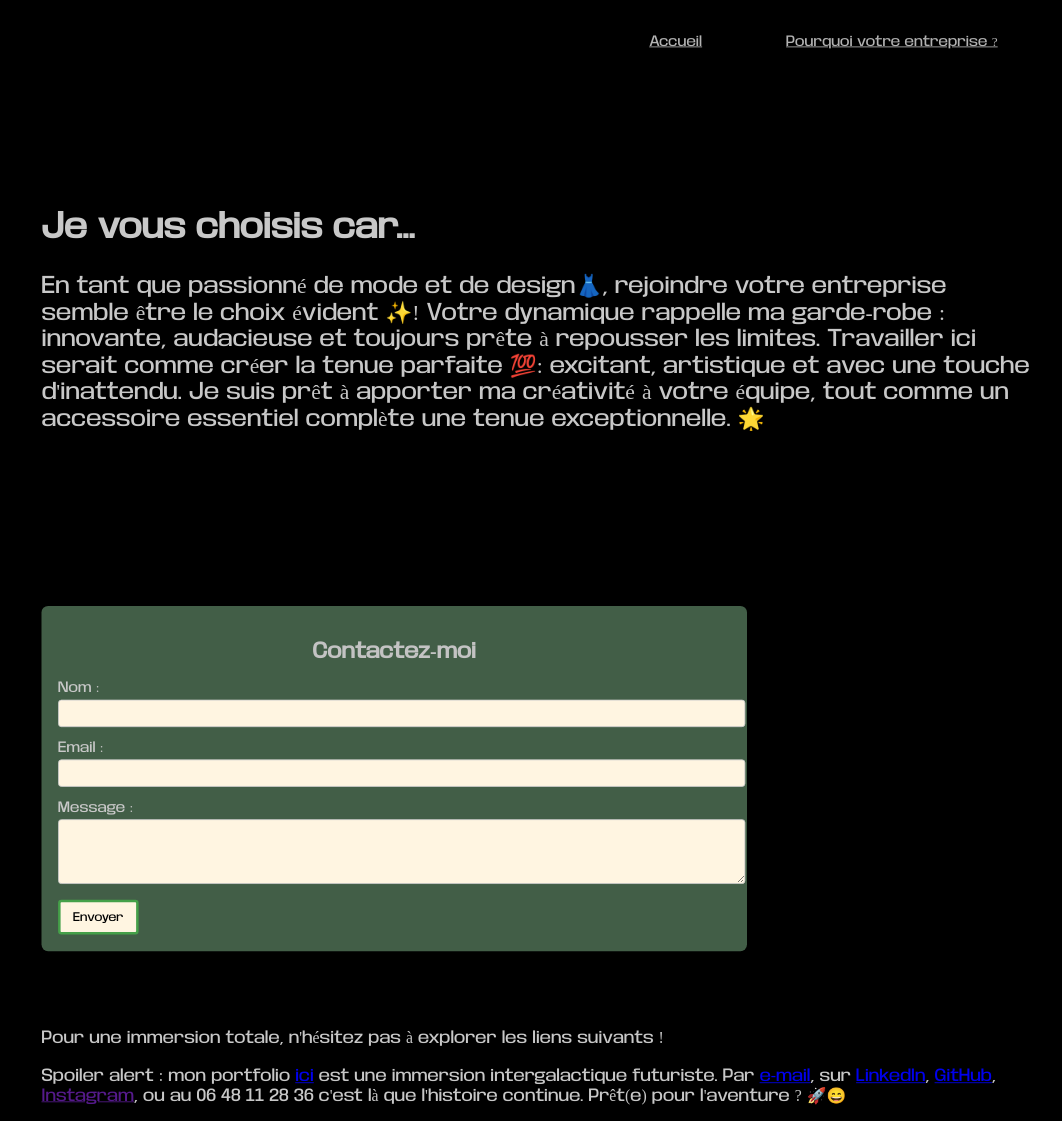
Repository: inessben/application
Page: about/about.html
The author's editor kept a copy of each file at every save. The page is drawn from the files as they stood at one save, then again after the next save.
The browser window is 1280 px wide. The pictures show the whole page, at 83% of full size.

Above is the page before, as saved 2023-12-04 02:35:20.

After the next save:
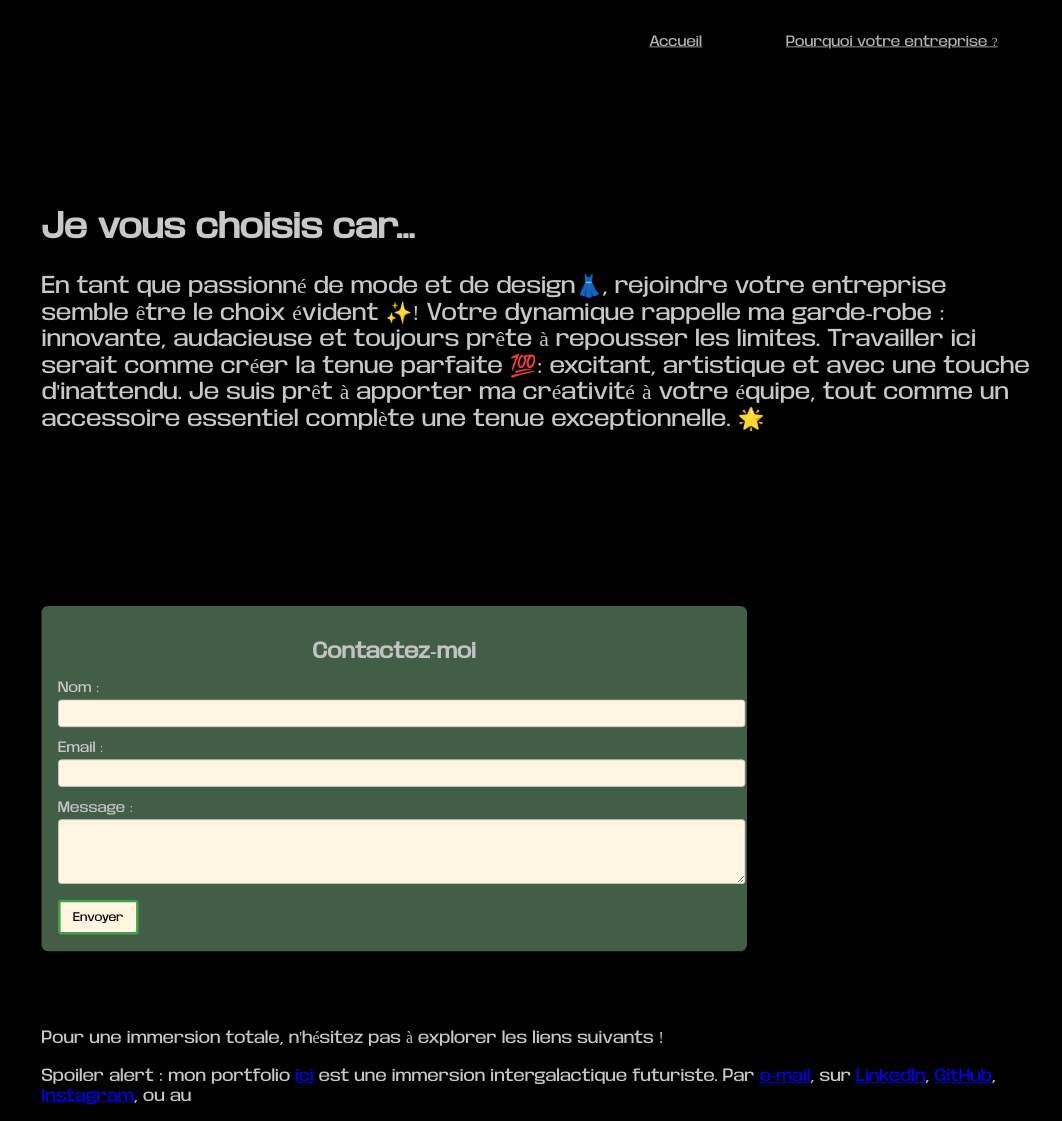
Saved 40 s later.
--- a/about/about.html
+++ b/about/about.html
@@ -58,7 +58,7 @@
 
     <footer>
         <p>Pour une immersion totale, n'hésitez pas à explorer les liens suivants !
-            <br><br>Spoiler alert : mon portfolio <a href="https://iness-portfolio.vercel.app/">ici</a> est une immersion intergalactique futuriste. Par <a href="mailto:ine.benss@gmail.com">e-mail</a>, sur <a href="https://www.linkedin.com/in/iness-benaissa/">LinkedIn</a>, <a href="https://github.com/inessben">GitHub</a>, <a href="">Instagram</a>, ou au 06 48 11 28 36 c'est là que l'histoire continue. Prêt(e) pour l'aventure ? 🚀😄</p>
+            <br><br>Spoiler alert : mon portfolio <a href="https://iness-portfolio.vercel.app/">ici</a> est une immersion intergalactique futuriste. Par <a href="mailto:ine.benss@gmail.com">e-mail</a>, sur <a href="https://www.linkedin.com/in/iness-benaissa/">LinkedIn</a>, <a href="https://github.com/inessben">GitHub</a>, <a href="https://instagram.com/nsscake">Instagram</a>, ou au <a href="" 48 11 28 36 c'est là que l'histoire continue. Prêt(e) pour l'aventure ? 🚀😄</p>
     </footer>
 
 </body>
